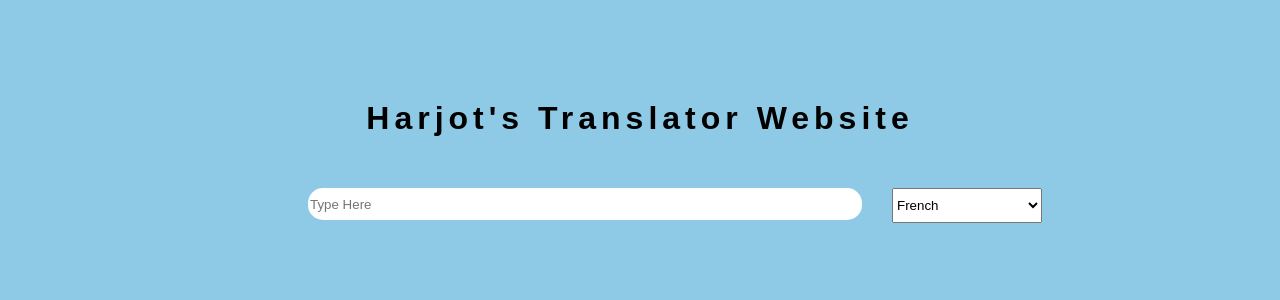
Repository: Harjot00/Pythonpractice
Page: Translator/homepage.html
An editor plug-in stored every save of this project. The page is shown before and after the next save, followed by the edit.
The browser window is 1280 px wide. The pictures show the whole page.
Some web fonts or font styles are not loaded; a fallback is used.

Above is the page before, as saved 2022-03-06 18:38:40.

After the next save:
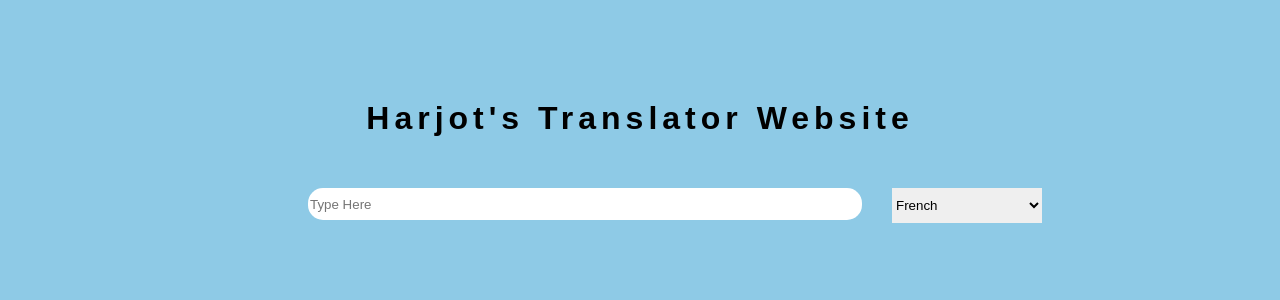
Saved 23 s later.
--- a/Translator/styles.css
+++ b/Translator/styles.css
@@ -21,4 +21,6 @@ h1{
 select{
     height: 35px;
     width: 150px;
+    border: none;
+    border: radius 15px;
 }
